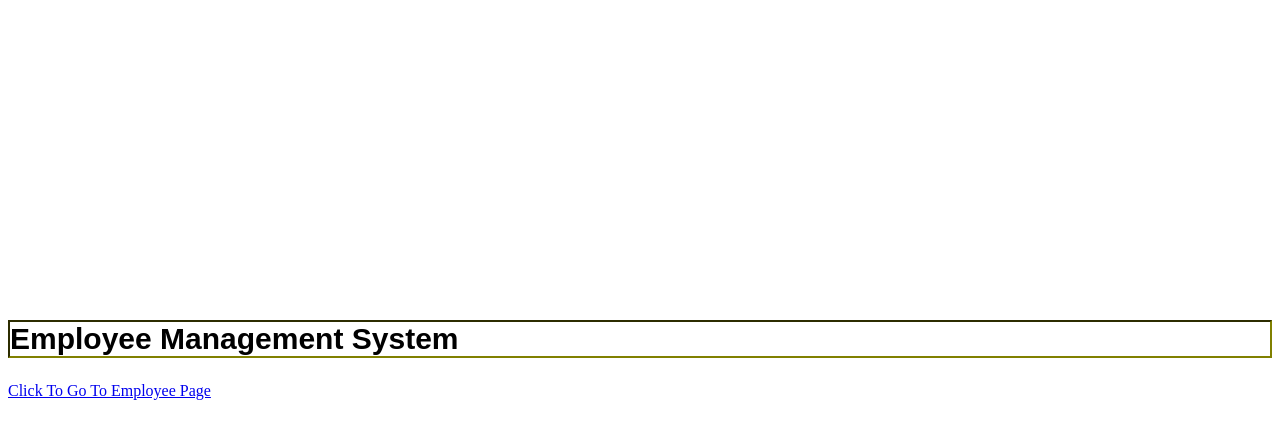
Repository: prieeyatambe/priyatambe_SpringMavenHibernate
Page: http://localhost/Project/
An editor plug-in stored every save of this project. The page is shown before and after the next save, followed by the edit.
The browser window is 1280 px wide. The pictures show the whole page.
The page is served by Tomcat 9. Other server files are loaded and not shown.

Above is the page before, as saved 2024-03-06 07:09:28.

### SpringMaven/mavenproject/Project/src/main/webapp/index.jsp
<html>
<head>
<style type="text/css">
body{
	align-content: center;
}
h2{
	font-size: 30px;
	font-family:sans-serif;
	align-items: center;
	border: 2px olive inset;
}
</style>
</head>
<body>
<h2>Employee Management System</h2>
<a href="list">Click To Go To Employee Page</a>
</body>
</html>

After the next save:
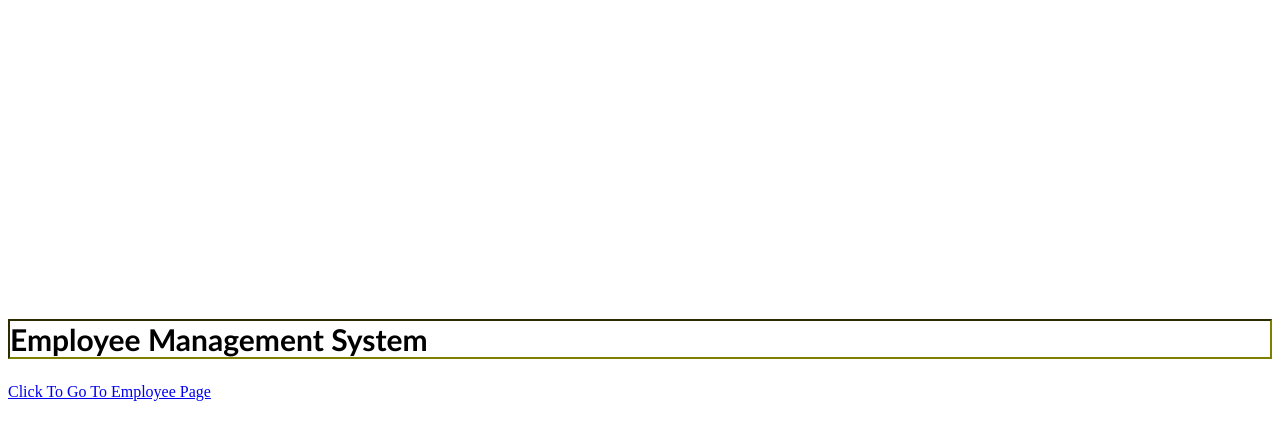
Saved 84 s later.
--- a/SpringMaven/mavenproject/Project/src/main/webapp/index.jsp
+++ b/SpringMaven/mavenproject/Project/src/main/webapp/index.jsp
@@ -6,7 +6,7 @@ body{
 }
 h2{
 	font-size: 30px;
-	font-family:sans-serif;
+	font-family: 'Trebuchet MS', 'Lucida Sans Unicode', 'Lucida Grande', 'Lucida Sans', Arial, sans-serif;
 	align-items: center;
 	border: 2px olive inset;
 }
